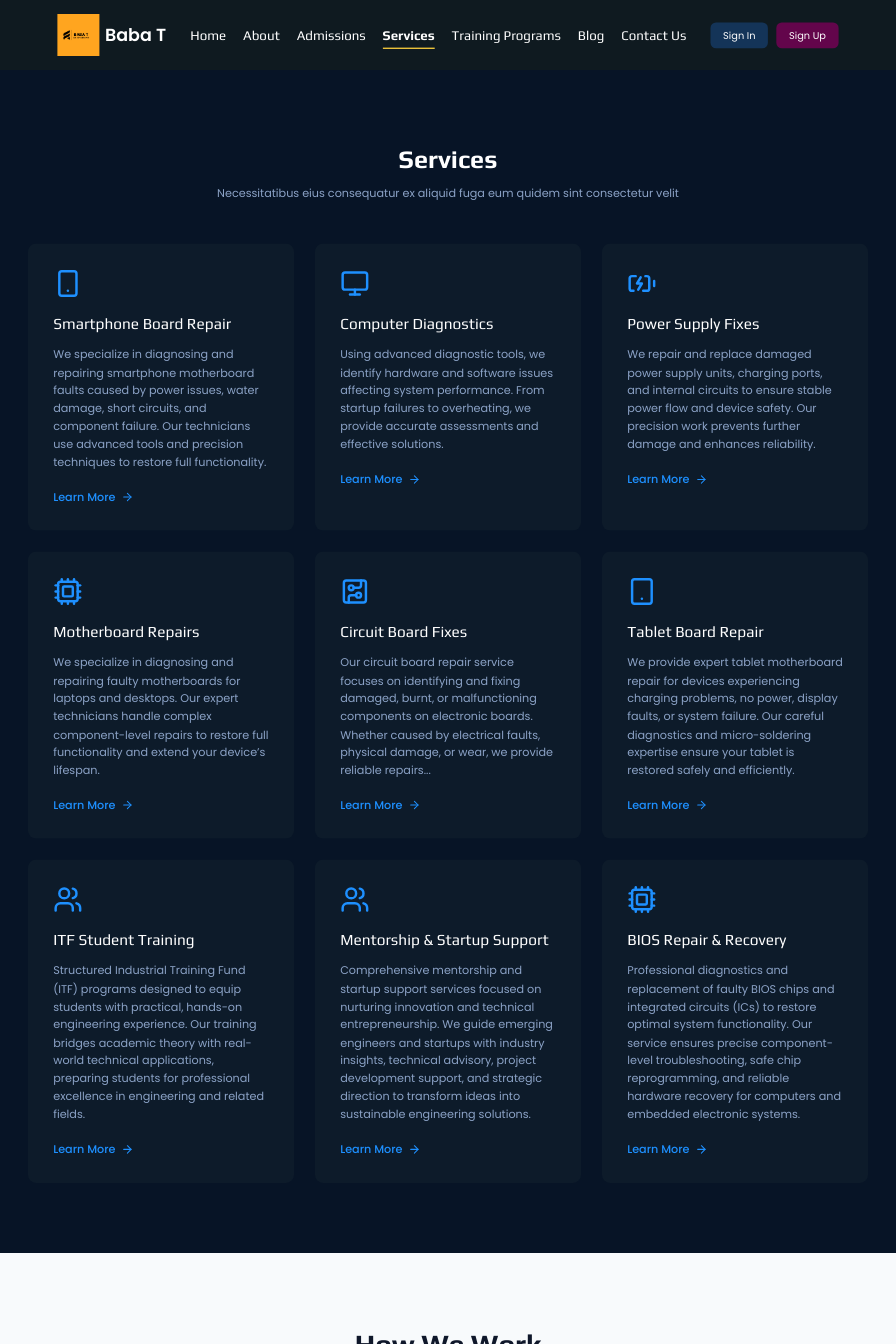
Repository: KC-Minchakpu/babatunde
Page: /services
These files come from the project's save history. The page is drawn as it stood at one moment and after the next save; the edit follows.
The browser window is 1280 px wide. The pictures show the part of the page from y = 0 to 1920 px (the page is 3013 px tall before and 3037 px after), at 70% of full size.
The project was rebuilt for these pictures with package versions that can differ from the ones it lists, and the page was loaded fresh each time. The framework's server and built-in components were replaced by stand-ins that run in the browser. Also part of the build but not shown: next.config.ts.

Above is the page before, as saved 2026-02-23 15:57:42.

### src/app/layout.tsx
import type { Metadata } from "next";
import { Play, Poppins } from "next/font/google";
import "./globals.css";
import Header from "@/components/Header/Header";
import Footer from "@/components/Footer/Footer";

const play = Play({
  variable: "--font-play",
  subsets: ["latin"],
  weight: ["400", "700"],
});

const poppins = Poppins({
  variable: "--font-poppins",
  subsets: ["latin"],
  weight: ["400", "500", "600", "700"],
});

export const metadata: Metadata = {
  title: "Baba T Engineering",
  description: "Official web app of Baba T Engineering, a leading engineering company specializing in innovative solutions and cutting-edge technology.",
};

export default function RootLayout({
  children,
}: Readonly<{
  children: React.ReactNode;
}>) {
  return (
    <html lang="en">
      <body
        className={`${play.variable} ${poppins.variable} antialiased`}
      >
        <Header />
        {children}
        <Footer />
      </body>
    </html>
  );
}

### src/app/services/page.tsx
import HowWeWork from "@/components/Services/HowWeWork";
import Services from "@/components/Services/Services";

export default function ServicesPage() {
  return (
    <>
    <Services />
    <HowWeWork />
    </>
  );
}

### src/app/globals.css
@import "tailwindcss";

:root {
  --background: #f2fafa;
  --foreground: #1f1e1e;
}

body {
  background: var(--background);
  color: var(--foreground);
  font-family: var(--font-poppins);
}

h1, h2, h3, h4, h5, h6 {
  font-family: var(--font-play);
}

h1 {
  color: red;
  font-size: 35px;
}

### src/components/Header/Header.tsx
"use client";

import Link from "next/link";
import Image from "next/image";
import styles from "./Header.module.css";
import { useState } from "react";
import { usePathname } from "next/navigation";

const Header = () => {
  const [isOpen, setIsOpen] = useState(false);
  const pathname = usePathname();

  const isActive = (path: string) => pathname === path;
  const isAboutActive = () => pathname.startsWith("/about");

  return (
    <header className={styles.header}>
      <div className={styles.container}>
        {/* Logo */}
        <div className={styles.logo}>
          <Link href="/">
            <Image
              src="/images/logo23.png"
              alt="Baba T Logo"
              width={60}
              height={60}
            />
          </Link>
          <span className={styles.logoText}>Baba T</span>
        </div>

        {/* Navigation */}
        <nav className={styles.nav}>
          <Link
            href="/"
            className={isActive("/") ? styles.active : ""}
          >
            Home
          </Link>

          <div
            className={styles.dropdown}
            onMouseEnter={() => setIsOpen(true)}
            onMouseLeave={() => setIsOpen(false)}
          >
            <Link
              href="/about"
              className={`${styles.dropdownToggle} ${
                isAboutActive() ? styles.active : ""
              }`}
            >
              About
            </Link>

            {isOpen && (
              <div className={styles.dropdownMenu}>
                <Link href="/about/history" className={isActive("/about/history") ? styles.active : ""}>
                  Our History
                </Link>
                <Link
                  href="/about/team"
                  className={
                    isActive("/about/team") ? styles.active : ""
                  }
                >
                  Our Team
                </Link>
                <Link href="/about/mission" className={isActive("/about/mission") ? styles.active : ""}>
                  Mission & Vision
                </Link>
                <Link href="/about/values" className={isActive("/about/values") ? styles.active : ""}>
                  Core Values
                </Link>
                <Link href="/about/trainings" className={isActive("/about/trainings") ? styles.active : ""}>
                  Trainings
                </Link>
              </div>
            )}
          </div>

          <Link
            href="/admissions"
            className={
              isActive("/admissions") ? styles.active : ""
            }
          >
            Admissions
          </Link>

          <Link
            href="/services"
            className={isActive("/services") ? styles.active : ""}
          >
            Services
          </Link>

          <Link
            href="/training-programs"
            className={
              isActive("/training-programs") ? styles.active : ""
            }
          >
            Training Programs
          </Link>

          <Link
            href="/blog"
            className={isActive("/blog") ? styles.active : ""}
          >
            Blog
          </Link>

          <Link
            href="/contact"
            className={isActive("/contact") ? styles.active : ""}
          >
            Contact Us
          </Link>
        </nav>

        {/* Auth Buttons */}
        <div className={styles.actions}>
          <button className={styles.signIn}>Sign In</button>
          <button className={styles.signUp}>Sign Up</button>
        </div>
      </div>
    </header>
  );
};

export default Header;

### src/components/Footer/Footer.tsx
"use client";

import Image from "next/image";
import styles from "./Footer.module.css";
import {
  FaXTwitter,
  FaLinkedinIn,
  FaYoutube,
  FaInstagram
} from "react-icons/fa6";

export default function Footer() {
  return (
    <footer className={styles.footer}>
      <div className={styles.container}>
        <div className={styles.topSection}>

          {/* LEFT BRAND AREA */}
          <div className={styles.brand}>
            <div className={styles.logo}>
              <Image
                src="/images/logo23.png"
                alt="Baba T Logo"
                width={50}
                height={50}
              />
              <span>Baba T. Engineering</span>
            </div>

            <p>
              Forge Your Future. Transform your Devices with expert-led services
              trusted by 100,000+ Clients worldwide.
            </p>

            {/* SOCIAL ICONS */}
            <div className={styles.socials}>
              <a href="#" aria-label="Twitter">
                <FaXTwitter />
              </a>
              <a href="#" aria-label="LinkedIn">
                <FaLinkedinIn />
              </a>
              <a href="#" aria-label="YouTube">
                <FaYoutube />
              </a>
              <a href="#" aria-label="Instagram">
                <FaInstagram />
              </a>
            </div>
          </div>

          {/* LINKS GRID */}
          <div className={styles.linksGrid}>
            <div>
              <h4>CATEGORIES</h4>
              <a>Software</a>
              <a>Hardware</a>
              <a>Circuit</a>
              <a>Computer Repairs</a>
              <a>MacBook Repairs</a>
            </div>

            <div>
              <h4>COMPANY</h4>
              <a>About Us</a>
              <a>Trainings</a>
              <a>Become a Student</a>
              <a>Blog</a>
              <a>Contact</a>
            </div>

            <div>
              <h4>SUPPORT</h4>
              <a>Help Center</a>
              <a>FAQ</a>
              <a>Accessibility</a>
              <a>Sitemap</a>
            </div>

            <div>
              <h4>LEGAL</h4>
              <a>Terms of Service</a>
              <a>Privacy Policy</a>
              <a>Cookie Policy</a>
              <a>Licenses</a>
            </div>
          </div>
        </div>

        <div className={styles.divider}></div>

        <div className={styles.bottomBar}>
          <p>© 2026 Baba T Engineering. All rights reserved.</p>
          <p>Designed & Developed by Kevin Cross Minchakpu</p>

          <div className={styles.bottomLinks}>
            <a>Terms</a>
            <a>Privacy</a>
            <a>Cookies</a>
          </div>
        </div>
      </div>
    </footer>
  );
}

### src/components/Services/HowWeWork.tsx
import styles from "./HowWeWork.module.css";

export default function HowWeWork() {
  return (
    <section className={styles.section}>
      <div className={styles.container}>
        <div className={styles.header}>
          <h2>How We Work</h2>
          <p>
            At Baba T Engineering, we follow a professional, transparent,
            and efficient process to repair devices and train future engineers
            using industry-standard tools and methods.
          </p>

        </div>
        <div className={styles.grid}>
          <div className={styles.card}>
            <span className={styles.number}>01</span>
            <h3>Device Inspection & Consultation</h3>
            <p>
              We carefully examine your device to identify the fault and
              provide expert advice, repair options, and cost estimates.
            </p>

          </div>
          <div className={styles.card}>
            <span className={styles.number}>02</span>
            <h3>Diagnosis & Repair Planning</h3>
            <p>
              Our engineers perform detailed diagnostics and create a repair
              plan using professional tools and genuine components.
            </p>

          </div>
          <div className={styles.card}>
            <span className={styles.number}>03</span>
            <h3>Professional Repair & Testing</h3>
            <p>
              We repair your smartphone, laptop, or electronic device and
              conduct full testing to ensure everything works perfectly.
            </p>
          </div>
          <div className={styles.card}>
            <span className={styles.number}>04</span>
            <h3>Delivery & Customer Support</h3>
            <p>
              Your repaired device is safely returned, and we provide guidance
              and ongoing support to ensure long-term performance.
            </p>
          </div>
        </div>
      </div>
    </section>
  );
}

### src/components/Services/Services.tsx
"use client";

import styles from "./Services.module.css";
import {
  Smartphone,
  Monitor,
  BatteryCharging,
  Cpu,
  CircuitBoard,
  Tablet,
  ArrowRight,
  Users,
} from "lucide-react";

const services = [
  {
    title: "Smartphone Board Repair",
    description:
      "We specialize in diagnosing and repairing smartphone motherboard faults caused by power issues, water damage, short circuits, and component failure. Our technicians use advanced tools and precision techniques to restore full functionality.",
    icon: Smartphone,
  },
  {
    title: "Computer Diagnostics",
    description:
      "Using advanced diagnostic tools, we identify hardware and software issues affecting system performance. From startup failures to overheating, we provide accurate assessments and effective solutions.",
    icon: Monitor,
  },
  {
    title: "Power Supply Fixes",
    description:
      "We repair and replace damaged power supply units, charging ports, and internal circuits to ensure stable power flow and device safety. Our precision work prevents further damage and enhances reliability.",
    icon: BatteryCharging,
  },
  {
    title: "Motherboard Repairs",
    description:
      "We specialize in diagnosing and repairing faulty motherboards for laptops and desktops. Our expert technicians handle complex component-level repairs to restore full functionality and extend your device’s lifespan.",
    icon: Cpu,
  },
  {
    title: "Circuit Board Fixes",
    description:
      "Our circuit board repair service focuses on identifying and fixing damaged, burnt, or malfunctioning components on electronic boards. Whether caused by electrical faults, physical damage, or wear, we provide reliable repairs...",
    icon: CircuitBoard,
  },
  {
    title: "Tablet Board Repair",
    description:
      "We provide expert tablet motherboard repair for devices experiencing charging problems, no power, display faults, or system failure. Our careful diagnostics and micro-soldering expertise ensure your tablet is restored safely and efficiently.",
    icon: Tablet,
  },
  {
    title: "ITF Student Training",
    description:
      "Structured Industrial Training Fund (ITF) programs designed to equip students with practical, hands-on engineering experience. Our training bridges academic theory with real-world technical applications, preparing students for professional excellence in engineering and related fields. ",
    icon: Users,
  },
  {
    title: "Mentorship & Startup Support",
    description:
      "Comprehensive mentorship and startup support services focused on nurturing innovation and technical entrepreneurship. We guide emerging engineers and startups with industry insights, technical advisory, project development support, and strategic direction to transform ideas into sustainable engineering solutions.",
    icon: Users,
  },
  {
    title: "BIOS Repair & Recovery",
    description:
      "Professional diagnostics and replacement of faulty BIOS chips and integrated circuits (ICs) to restore optimal system functionality. Our service ensures precise component-level troubleshooting, safe chip reprogramming, and reliable hardware recovery for computers and embedded electronic systems.",
    icon: Cpu,
  },
];

export default function Services() {
  return (
    <section className={styles.services}>
      <div className={styles.container}>
        <h2 className={styles.title}>Services</h2>

        <p className={styles.subtitle}>
          Necessitatibus eius consequatur ex aliquid fuga eum quidem sint
          consectetur velit
        </p>

        <div className={styles.grid}>
          {services.map((service, index) => {
            const Icon = service.icon;

            return (
              <div key={index} className={styles.card}>
                <Icon className={styles.icon} size={42} />

                <h3>{service.title}</h3>

                <p>{service.description}</p>

                <a href="#" className={styles.link}>
                  Learn More <ArrowRight size={18} />
                </a>
              </div>
            );
          })}
        </div>
      </div>
    </section>
  );
}

### src/components/Header/Header.module.css
.header {
  width: 100%;
  height: 100px;
  background: #0F1A20;
  padding: 20px;
  position: sticky;
  top: 0;
  z-index: 1000;
}

.container {
  width: 90%;
  margin: 0 auto;
  display: flex;
  align-items: center;
  justify-content: space-between;
}

/* Logo */
.logo {
  display: flex;
  align-items: center;
  gap: 8px;
  cursor: pointer;
}

.logoCircle {
  width: 40px;
  height: 40px;
  border-radius: 50%;
  background: linear-gradient(135deg, #8e2de2, #4a00e0);
  display: flex;
  align-items: center;
  justify-content: center;
  color: white;
  font-weight: bold;
}

.logoText {
  font-size: 25px;
  font-weight: 600;
  color: #ffffff;
  font-family: "Poppins", sans-serif;
}

/* Nav */
.nav {
  display: flex;
  align-items: center;
  gap: 24px;
  font-family: 'Play', sans-serif;

}

.nav a,
.dropdownToggle {
  color: #ffffff;
  text-decoration: none;
  font-size: 19px;
  cursor: pointer;
  position: relative;
  transition: color 0.3s ease;
}

.nav a:hover,
.dropdownToggle:hover {
  color: #FFD23F;
}

/* Dropdown */
.dropdown {
  position: relative;
}

.dropdownMenu {
  position: absolute;
  width: 250px;
  top: 35px;
  left: 0;
  background: #0F1A20;
  border-radius: 8px;
  padding: 10px 0;
  min-width: 180px;
  box-shadow: 0 10px 25px rgba(0, 0, 0, 0.15);
  display: flex;
  flex-direction: column;
}

.dropdownMenu a {
  padding: 10px 16px;
  color: #ffffff;
  font-size: 19px;
  text-decoration: none;
  transition: background 0.2s ease;
}

.dropdownMenu a:hover {
  color: #FFD23F;
}

/* Buttons */
.actions {
  display: flex;
  gap: 12px;
}

.signIn {
  padding: 8px 18px;
  border-radius: 8px;
  border: none;
  cursor: pointer;
  color: white;
  background: #143458;
  font-size: 14px;
}

.signUp {
  padding: 8px 18px;
  border-radius: 8px;
  border: none;
  cursor: pointer;
  color: white;
  background: #63054b;
  font-size: 14px;
}

/* Responsive */
@media (max-width: 1024px) {
  .nav {
    display: none;
  }
}

.active {
  color: #f1b32b;
  font-weight: 600;
  position: relative;
}

.active::after {
  content: "";
  position: absolute;
  left: 0;
  bottom: -6px;
  width: 100%;
  height: 2px;
  background-color: #e9c03a;
}

### src/components/Footer/Footer.module.css
.footer {
  background: linear-gradient(
    180deg,
    #0a0a0a,
    #111111
  );
  color: #e5e7eb;
  padding: 90px 0 30px;
}

.container {
  max-width: 1200px;
  margin: 0 auto;
  padding: 0 20px;
}

/* TOP SECTION */
.topSection {
  display: flex;
  justify-content: space-between;
  gap: 60px;
}

/* BRAND */
.brand {
  flex: 1.3;
}

.logo {
  display: flex;
  align-items: center;
  gap: 12px;
  font-weight: 600;
  font-size: 20px;
  margin-bottom: 20px;
}

.logoBox {
  width: 34px;
  height: 34px;
  border-radius: 10px;
  background: linear-gradient(135deg, #14b8a6, #f97316);
}

.brand p {
  color: #9ca3af;
  line-height: 1.6;
  margin-bottom: 24px;
  max-width: 350px;
}

/* =========================
   SOCIAL ICONS
========================= */
.socials {
  display: flex;
  gap: 15px;
  margin-top: 20px;
}

.socials a {
  width: 40px;
  height: 40px;
  background: #121c3b;
  border-radius: 50%;
  display: flex;
  align-items: center;
  justify-content: center;
  color: #ffffff;
  font-size: 16px;
  transition: all 0.3s ease;
}

.socials a:hover {
  background: #f8af28;
  transform: translateY(-4px);
}


/* LINKS GRID */
.linksGrid {
  flex: 2;
  display: grid;
  grid-template-columns: repeat(4, 1fr);
  gap: 40px;
}

.linksGrid h4 {
  font-size: 12px;
  letter-spacing: 1px;
  margin-bottom: 16px;
  color: #ffffff;
}

.linksGrid a {
  display: block;
  font-size: 14px;
  color: #9ca3af;
  margin-bottom: 10px;
  cursor: pointer;
  transition: color 0.3s ease;
}

.linksGrid a:hover {
  color: #ffffff;
}

/* DIVIDER */
.divider {
  height: 1px;
  background: rgba(255, 255, 255, 0.08);
  margin: 60px 0 25px;
}

/* BOTTOM BAR */
.bottomBar {
  display: flex;
  justify-content: space-between;
  align-items: center;
  font-size: 14px;
  color: #9ca3af;
}

.bottomLinks {
  display: flex;
  gap: 24px;
}

.bottomLinks a {
  cursor: pointer;
  transition: color 0.3s ease;
}

.bottomLinks a:hover {
  color: white;
}

/* RESPONSIVE */
@media (max-width: 1024px) {
  .topSection {
    flex-direction: column;
    gap: 50px;
  }

  .linksGrid {
    grid-template-columns: repeat(2, 1fr);
  }

  .bottomBar {
    flex-direction: column;
    gap: 15px;
    text-align: center;
  }
}

@media (max-width: 600px) {
  .linksGrid {
    grid-template-columns: 1fr;
  }
}

### src/components/Services/HowWeWork.module.css
.section {
padding: 100px 20px;
background: #f8fafc;

}


.container {
max-width: 1200px;
margin: auto;

}


.header {
text-align: center;
margin-bottom: 60px;
}


.header h2 {
font-size: 40px;
font-weight: bold;
color: #0f172a;
margin-bottom: 15px;
}


.header p {
color: #505252;
font-size: 1rem;
max-width: 600px;
margin: auto;
}



.grid {
display: grid;
grid-template-columns: repeat(auto-fit, minmax(280px, 1fr));
gap: 15px;
}

.card {
background: #071426;
padding: 40px;
border-radius: 12px;
box-shadow: 0 5px 20px rgba(0,0,0,0.08);
transition: 0.3s;
}


.card:hover {
transform: translateY(-8px);
}


.number {
font-size: 40px;
font-weight: bold;
color: #f7bd1f;
display: block;
margin-bottom: 15px;
}


.card h3 {
font-size: 20px;
margin-bottom: 10px;
color: #f8fafc;
}


.card p {
color: #babdc0;
line-height: 1.6;
}

### src/components/Services/Services.module.css
.services {
  background: #071426;
  padding: 100px 20px;
  color: white;
}

.container {
  max-width: 1200px;
  margin: auto;
  text-align: center;
}

.title {
  font-size: 36px;
  font-weight: 700;
  margin-bottom: 10px;
}

.subtitle {
  color: #8ca3c7;
  margin-bottom: 60px;
}

.grid {
  display: grid;
  grid-template-columns: repeat(auto-fit, minmax(320px, 1fr));
  gap: 30px;
}

.card {
  background: #0d1b2a;
  padding: 35px;
  border-radius: 12px;
  text-align: left;

  transition: all 0.3s ease;

  border: 1px solid transparent;
}

.card:hover {
  transform: translateY(-8px);
  border-color: #1e90ff;
}

.icon {
  color: #1e90ff;
  margin-bottom: 20px;

}

.card h3 {
  margin-bottom: 15px;
  font-size: 22px;
}

.card p {
  color: #8ca3c7;
  margin-bottom: 25px;
  line-height: 1.6;
}

.link {
  display: inline-flex;
  align-items: center;
  gap: 8px;

  color: #1e90ff;
  text-decoration: none;
  font-weight: 500;
}

.link:hover {
  text-decoration: underline;
}

After the next save:
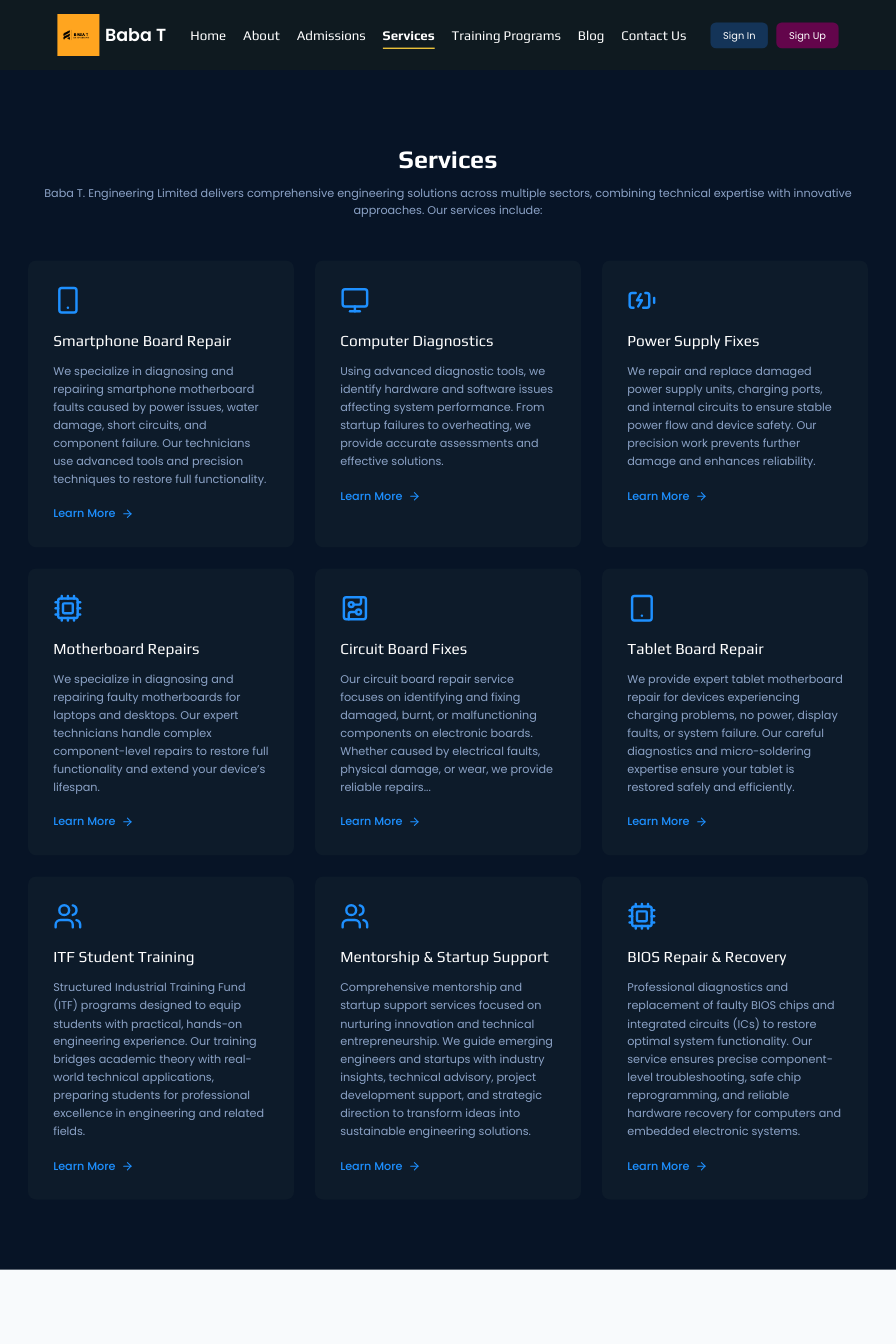
Saved 11 min 13 s later.
--- a/src/components/Services/Services.tsx
+++ b/src/components/Services/Services.tsx
@@ -76,8 +76,7 @@ export default function Services() {
         <h2 className={styles.title}>Services</h2>
 
         <p className={styles.subtitle}>
-          Necessitatibus eius consequatur ex aliquid fuga eum quidem sint
-          consectetur velit
+         Baba T. Engineering Limited delivers comprehensive engineering solutions across multiple sectors, combining technical expertise with innovative approaches. Our services include:
         </p>
 
         <div className={styles.grid}>
